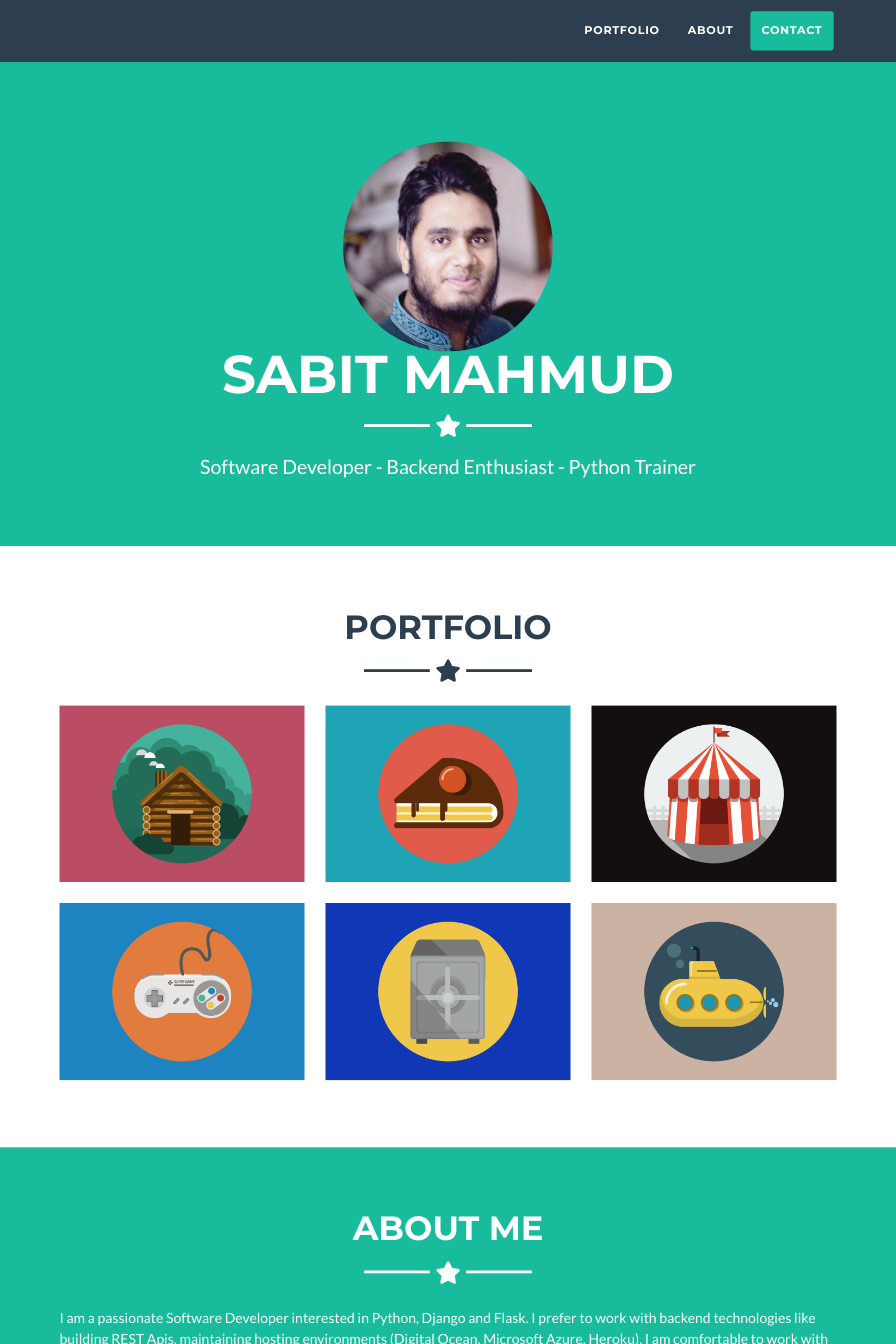
Repository: SabitDeepto/portfolio
Page: index.html
An editor plug-in stored every save of this project. The page is shown before and after the next save, followed by the edit.
The browser window is 1280 px wide. The pictures show the part of the page from y = 0 to 1920 px (the page is 3412 px tall before and 3428 px after), at 70% of full size.

Above is the page before, as saved 2019-04-04 23:49:46.

### index.html
<!DOCTYPE html>
<html lang="en">

<head>

  <meta charset="utf-8">
  <meta name="viewport" content="width=device-width, initial-scale=1, shrink-to-fit=no">
  <meta name="description" content="">
  <meta name="author" content="">

  <title>Sabit Mahmud</title>

  <!-- Bootstrap core CSS -->
  <link href="vendor/bootstrap/css/bootstrap.min.css" rel="stylesheet">

  <!-- Custom fonts for this template -->
  <link href="vendor/fontawesome-free/css/all.min.css" rel="stylesheet" type="text/css">
  <link href="https://fonts.googleapis.com/css?family=Montserrat:400,700" rel="stylesheet" type="text/css">
  <link href="https://fonts.googleapis.com/css?family=Lato:400,700,400italic,700italic" rel="stylesheet" type="text/css">

  <!-- Plugin CSS -->
  <link href="vendor/magnific-popup/magnific-popup.css" rel="stylesheet" type="text/css">

  <!-- Custom styles for this template -->
  <link href="css/freelancer.min.css" rel="stylesheet">

</head>

<body id="page-top">

  <!-- Navigation -->
  <nav class="navbar navbar-expand-lg bg-secondary fixed-top text-uppercase" id="mainNav">
    <div class="container">
      <!-- <a class="navbar-brand js-scroll-trigger" href="#page-top">Sabit Mahmud</a> -->
      <button class="navbar-toggler navbar-toggler-right text-uppercase bg-primary text-white rounded" type="button" data-toggle="collapse" data-target="#navbarResponsive" aria-controls="navbarResponsive" aria-expanded="false" aria-label="Toggle navigation">
        Menu
        <i class="fas fa-bars"></i>
      </button>
      <div class="collapse navbar-collapse" id="navbarResponsive">
        <ul class="navbar-nav ml-auto">
          <li class="nav-item mx-0 mx-lg-1">
            <a class="nav-link py-3 px-0 px-lg-3 rounded js-scroll-trigger" href="#portfolio">Portfolio</a>
          </li>
          <li class="nav-item mx-0 mx-lg-1">
            <a class="nav-link py-3 px-0 px-lg-3 rounded js-scroll-trigger" href="#about">About</a>
          </li>
          <li class="nav-item mx-0 mx-lg-1">
            <a class="nav-link py-3 px-0 px-lg-3 rounded js-scroll-trigger" href="#contact">Contact</a>
          </li>
        </ul>
      </div>
    </div>
  </nav>

  <!-- Header -->
  <header class="masthead bg-primary text-white text-center">
    <div class="container">
      <img  src="img/pro.JPG" height="300px" width="300px" class="rounded-circle" alt="Cinque Terre"><br>
      <h1 class="text-uppercase mb-0">Sabit Mahmud</h1>
      <hr class="star-light">
      <h2 class="font-weight-light mb-0">Software Developer - Backend Enthusiast - Python Trainer</h2>
    </div>
  </header>

  <!-- Portfolio Grid Section -->
  <section class="portfolio" id="portfolio">
    <div class="container">
      <h2 class="text-center text-uppercase text-secondary mb-0">Portfolio</h2>
      <hr class="star-dark mb-5">
      <div class="row">
        <div class="col-md-6 col-lg-4">
          <a class="portfolio-item d-block mx-auto" href="#portfolio-modal-1">
            <div class="portfolio-item-caption d-flex position-absolute h-100 w-100">
              <div class="portfolio-item-caption-content my-auto w-100 text-center text-white">
                <i class="fas fa-search-plus fa-3x"></i>
              </div>
            </div>
            <img class="img-fluid" src="img/portfolio/cabin.png" alt="">
          </a>
        </div>
        <div class="col-md-6 col-lg-4">
          <a class="portfolio-item d-block mx-auto" href="#portfolio-modal-2">
            <div class="portfolio-item-caption d-flex position-absolute h-100 w-100">
              <div class="portfolio-item-caption-content my-auto w-100 text-center text-white">
                <i class="fas fa-search-plus fa-3x"></i>
              </div>
            </div>
            <img class="img-fluid" src="img/portfolio/cake.png" alt="">
          </a>
        </div>
        <div class="col-md-6 col-lg-4">
          <a class="portfolio-item d-block mx-auto" href="#portfolio-modal-3">
            <div class="portfolio-item-caption d-flex position-absolute h-100 w-100">
              <div class="portfolio-item-caption-content my-auto w-100 text-center text-white">
                <i class="fas fa-search-plus fa-3x"></i>
              </div>
            </div>
            <img class="img-fluid" src="img/portfolio/circus.png" alt="">
          </a>
        </div>
        <div class="col-md-6 col-lg-4">
          <a class="portfolio-item d-block mx-auto" href="#portfolio-modal-4">
            <div class="portfolio-item-caption d-flex position-absolute h-100 w-100">
              <div class="portfolio-item-caption-content my-auto w-100 text-center text-white">
                <i class="fas fa-search-plus fa-3x"></i>
              </div>
            </div>
            <img class="img-fluid" src="img/portfolio/game.png" alt="">
          </a>
        </div>
        <div class="col-md-6 col-lg-4">
          <a class="portfolio-item d-block mx-auto" href="#portfolio-modal-5">
            <div class="portfolio-item-caption d-flex position-absolute h-100 w-100">
              <div class="portfolio-item-caption-content my-auto w-100 text-center text-white">
                <i class="fas fa-search-plus fa-3x"></i>
              </div>
            </div>
            <img class="img-fluid" src="img/portfolio/safe.png" alt="">
          </a>
        </div>
        <div class="col-md-6 col-lg-4">
          <a class="portfolio-item d-block mx-auto" href="#portfolio-modal-6">
            <div class="portfolio-item-caption d-flex position-absolute h-100 w-100">
              <div class="portfolio-item-caption-content my-auto w-100 text-center text-white">
                <i class="fas fa-search-plus fa-3x"></i>
              </div>
            </div>
            <img class="img-fluid" src="img/portfolio/submarine.png" alt="">
          </a>
        </div>
      </div>
    </div>
  </section>

  <!-- About Section -->
  <section class="bg-primary text-white mb-0" id="about">
    <div class="container">
      <h2 class="text-center text-uppercase text-white">About Me</h2>
      <hr class="star-light mb-5">
      <div class="row">
        <div class="col-lg-12 ml-auto">
          <p class="lead">
            I am a passionate Software Developer interested in Python, Django and Flask.
             I prefer to work with backend technologies like building REST Apis, maintaining hosting
             environments (Digital Ocean, Microsoft Azure, Heroku).
              I am comfortable to work with Postgresql, sqlite and MySql and I am expert in version controlling.
          </p>
        </div>

      </div>
      <!-- <div class="text-center mt-4">
        <a class="btn btn-xl btn-outline-light" href="#">
          <i class="fas fa-download mr-2"></i>
          Download Now!
        </a>
      </div>
    </div> -->
  </section>

  <!-- Contact Section -->
  <section id="contact">
    <div class="container">
      <h2 class="text-center text-uppercase text-secondary mb-0">Contact Me</h2>
      <hr class="star-dark mb-5">
      <div class="row">
        <div class="col-lg-8 mx-auto">
          <!-- To configure the contact form email address, go to mail/contact_me.php and update the email address in the PHP file on line 19. -->
          <!-- The form should work on most web servers, but if the form is not working you may need to configure your web server differently. -->
          <form name="sentMessage" id="contactForm" novalidate="novalidate">
            <div class="control-group">
              <div class="form-group floating-label-form-group controls mb-0 pb-2">
                <label>Name</label>
                <input class="form-control" id="name" type="text" placeholder="Name" required="required" data-validation-required-message="Please enter your name.">
                <p class="help-block text-danger"></p>
              </div>
            </div>
            <div class="control-group">
              <div class="form-group floating-label-form-group controls mb-0 pb-2">
                <label>Email Address</label>
                <input class="form-control" id="email" type="email" placeholder="Email Address" required="required" data-validation-required-message="Please enter your email address.">
                <p class="help-block text-danger"></p>
              </div>
            </div>
            <div class="control-group">
              <div class="form-group floating-label-form-group controls mb-0 pb-2">
                <label>Phone Number</label>
                <input class="form-control" id="phone" type="tel" placeholder="Phone Number" required="required" data-validation-required-message="Please enter your phone number.">
                <p class="help-block text-danger"></p>
              </div>
            </div>
            <div class="control-group">
              <div class="form-group floating-label-form-group controls mb-0 pb-2">
                <label>Message</label>
                <textarea class="form-control" id="message" rows="5" placeholder="Message" required="required" data-validation-required-message="Please enter a message."></textarea>
                <p class="help-block text-danger"></p>
              </div>
            </div>
            <br>
            <div id="success"></div>
            <div class="form-group">
              <button type="submit" class="btn btn-primary btn-xl" id="sendMessageButton">Send</button>
            </div>
          </form>
        </div>
      </div>
    </div>
  </section>

  <!-- Footer -->
  <footer class="footer text-center">
    <div class="container">
      <div class="row">
        <div class="col-md-4 mb-5 mb-lg-0">
          <h4 class="text-uppercase mb-4">Location</h4>
          <p class="lead mb-0">2215 John Daniel Drive
            <br>Clark, MO 65243</p>
        </div>
        <div class="col-md-4 mb-5 mb-lg-0">
          <h4 class="text-uppercase mb-4">Around the Web</h4>
          <ul class="list-inline mb-0">
            <li class="list-inline-item">
              <a class="btn btn-outline-light btn-social text-center rounded-circle" href="#">
                <i class="fab fa-fw fa-facebook-f"></i>
              </a>
            </li>
            <li class="list-inline-item">
              <a class="btn btn-outline-light btn-social text-center rounded-circle" href="#">
                <i class="fab fa-fw fa-google-plus-g"></i>
              </a>
            </li>
            <li class="list-inline-item">
              <a class="btn btn-outline-light btn-social text-center rounded-circle" href="#">
                <i class="fab fa-fw fa-twitter"></i>
              </a>
            </li>
            <li class="list-inline-item">
              <a class="btn btn-outline-light btn-social text-center rounded-circle" href="#">
                <i class="fab fa-fw fa-linkedin-in"></i>
              </a>
            </li>
            <li class="list-inline-item">
              <a class="btn btn-outline-light btn-social text-center rounded-circle" href="#">
                <i class="fab fa-fw fa-dribbble"></i>
              </a>
            </li>
          </ul>
        </div>
        <div class="col-md-4">
          <h4 class="text-uppercase mb-4">About Freelancer</h4>
          <p class="lead mb-0">Freelance is a free to use, open source Bootstrap theme created by
            <a href="http://startbootstrap.com">Sabit Mahmud</a>.</p>
        </div>
      </div>
    </div>
  </footer>

  <div class="copyright py-4 text-center text-white">
    <div class="container">
      <small>Copyright &copy; Your Website 2019</small>
    </div>
  </div>

  <!-- Scroll to Top Button (Only visible on small and extra-small screen sizes) -->
  <div class="scroll-to-top d-lg-none position-fixed ">
    <a class="js-scroll-trigger d-block text-center text-white rounded" href="#page-top">
      <i class="fa fa-chevron-up"></i>
    </a>
  </div>

  <!-- Portfolio Modals -->

  <!-- Portfolio Modal 1 -->
  <div class="portfolio-modal mfp-hide" id="portfolio-modal-1">
    <div class="portfolio-modal-dialog bg-white">
      <a class="close-button d-none d-md-block portfolio-modal-dismiss" href="#">
        <i class="fa fa-3x fa-times"></i>
      </a>
      <div class="container text-center">
        <div class="row">
          <div class="col-lg-8 mx-auto">
            <h2 class="text-secondary text-uppercase mb-0">Project Name</h2>
            <hr class="star-dark mb-5">
            <img class="img-fluid mb-5" src="img/portfolio/cabin.png" alt="">
            <p class="mb-5">Lorem ipsum dolor sit amet, consectetur adipisicing elit. Mollitia neque assumenda ipsam nihil, molestias magnam, recusandae quos quis inventore quisquam velit asperiores, vitae? Reprehenderit soluta, eos quod consequuntur itaque. Nam.</p>
            <a class="btn btn-primary btn-lg rounded-pill portfolio-modal-dismiss" href="#">
              <i class="fa fa-close"></i>
              Close Project</a>
          </div>
        </div>
      </div>
    </div>
  </div>

  <!-- Portfolio Modal 2 -->
  <div class="portfolio-modal mfp-hide" id="portfolio-modal-2">
    <div class="portfolio-modal-dialog bg-white">
      <a class="close-button d-none d-md-block portfolio-modal-dismiss" href="#">
        <i class="fa fa-3x fa-times"></i>
      </a>
      <div class="container text-center">
        <div class="row">
          <div class="col-lg-8 mx-auto">
            <h2 class="text-secondary text-uppercase mb-0">Project Name</h2>
            <hr class="star-dark mb-5">
            <img class="img-fluid mb-5" src="img/portfolio/cake.png" alt="">
            <p class="mb-5">Lorem ipsum dolor sit amet, consectetur adipisicing elit. Mollitia neque assumenda ipsam nihil, molestias magnam, recusandae quos quis inventore quisquam velit asperiores, vitae? Reprehenderit soluta, eos quod consequuntur itaque. Nam.</p>
            <a class="btn btn-primary btn-lg rounded-pill portfolio-modal-dismiss" href="#">
              <i class="fa fa-close"></i>
              Close Project</a>
          </div>
        </div>
      </div>
    </div>
  </div>

  <!-- Portfolio Modal 3 -->
  <div class="portfolio-modal mfp-hide" id="portfolio-modal-3">
    <div class="portfolio-modal-dialog bg-white">
      <a class="close-button d-none d-md-block portfolio-modal-dismiss" href="#">
        <i class="fa fa-3x fa-times"></i>
      </a>
      <div class="container text-center">
        <div class="row">
          <div class="col-lg-8 mx-auto">
            <h2 class="text-secondary text-uppercase mb-0">Project Name</h2>
            <hr class="star-dark mb-5">
            <img class="img-fluid mb-5" src="img/portfolio/circus.png" alt="">
            <p class="mb-5">Lorem ipsum dolor sit amet, consectetur adipisicing elit. Mollitia neque assumenda ipsam nihil, molestias magnam, recusandae quos quis inventore quisquam velit asperiores, vitae? Reprehenderit soluta, eos quod consequuntur itaque. Nam.</p>
            <a class="btn btn-primary btn-lg rounded-pill portfolio-modal-dismiss" href="#">
              <i class="fa fa-close"></i>
              Close Project</a>
          </div>
        </div>
      </div>
    </div>
  </div>

  <!-- Portfolio Modal 4 -->
  <div class="portfolio-modal mfp-hide" id="portfolio-modal-4">
    <div class="portfolio-modal-dialog bg-white">
      <a class="close-button d-none d-md-block portfolio-modal-dismiss" href="#">
        <i class="fa fa-3x fa-times"></i>
      </a>
      <div class="container text-center">
        <div class="row">
          <div class="col-lg-8 mx-auto">
            <h2 class="text-secondary text-uppercase mb-0">Project Name</h2>
            <hr class="star-dark mb-5">
            <img class="img-fluid mb-5" src="img/portfolio/game.png" alt="">
            <p class="mb-5">Lorem ipsum dolor sit amet, consectetur adipisicing elit. Mollitia neque assumenda ipsam nihil, molestias magnam, recusandae quos quis inventore quisquam velit asperiores, vitae? Reprehenderit soluta, eos quod consequuntur itaque. Nam.</p>
            <a class="btn btn-primary btn-lg rounded-pill portfolio-modal-dismiss" href="#">
              <i class="fa fa-close"></i>
              Close Project</a>
          </div>
        </div>
      </div>
    </div>
  </div>

  <!-- Portfolio Modal 5 -->
  <div class="portfolio-modal mfp-hide" id="portfolio-modal-5">
    <div class="portfolio-modal-dialog bg-white">
      <a class="close-button d-none d-md-block portfolio-modal-dismiss" href="#">
        <i class="fa fa-3x fa-times"></i>
      </a>
      <div class="container text-center">
        <div class="row">
          <div class="col-lg-8 mx-auto">
            <h2 class="text-secondary text-uppercase mb-0">Project Name</h2>
            <hr class="star-dark mb-5">
            <img class="img-fluid mb-5" src="img/portfolio/safe.png" alt="">
            <p class="mb-5">Lorem ipsum dolor sit amet, consectetur adipisicing elit. Mollitia neque assumenda ipsam nihil, molestias magnam, recusandae quos quis inventore quisquam velit asperiores, vitae? Reprehenderit soluta, eos quod consequuntur itaque. Nam.</p>
            <a class="btn btn-primary btn-lg rounded-pill portfolio-modal-dismiss" href="#">
              <i class="fa fa-close"></i>
              Close Project</a>
          </div>
        </div>
      </div>
    </div>
  </div>

  <!-- Portfolio Modal 6 -->
  <div class="portfolio-modal mfp-hide" id="portfolio-modal-6">
    <div class="portfolio-modal-dialog bg-white">
      <a class="close-button d-none d-md-block portfolio-modal-dismiss" href="#">
        <i class="fa fa-3x fa-times"></i>
      </a>
      <div class="container text-center">
        <div class="row">
          <div class="col-lg-8 mx-auto">
            <h2 class="text-secondary text-uppercase mb-0">Project Name</h2>
            <hr class="star-dark mb-5">
            <img class="img-fluid mb-5" src="img/portfolio/submarine.png" alt="">
            <p class="mb-5">Lorem ipsum dolor sit amet, consectetur adipisicing elit. Mollitia neque assumenda ipsam nihil, molestias magnam, recusandae quos quis inventore quisquam velit asperiores, vitae? Reprehenderit soluta, eos quod consequuntur itaque. Nam.</p>
            <a class="btn btn-primary btn-lg rounded-pill portfolio-modal-dismiss" href="#">
              <i class="fa fa-close"></i>
              Close Project</a>
          </div>
        </div>
      </div>
    </div>
  </div>

  <!-- Bootstrap core JavaScript -->
  <script src="vendor/jquery/jquery.min.js"></script>
  <script src="vendor/bootstrap/js/bootstrap.bundle.min.js"></script>

  <!-- Plugin JavaScript -->
  <script src="vendor/jquery-easing/jquery.easing.min.js"></script>
  <script src="vendor/magnific-popup/jquery.magnific-popup.min.js"></script>

  <!-- Contact Form JavaScript -->
  <script src="js/jqBootstrapValidation.js"></script>
  <script src="js/contact_me.js"></script>

  <!-- Custom scripts for this template -->
  <script src="js/freelancer.min.js"></script>

</body>

</html>

### js/contact_me.js
$(function() {

  $("#contactForm input,#contactForm textarea").jqBootstrapValidation({
    preventSubmit: true,
    submitError: function($form, event, errors) {
      // additional error messages or events
    },
    submitSuccess: function($form, event) {
      event.preventDefault(); // prevent default submit behaviour
      // get values from FORM
      var name = $("input#name").val();
      var email = $("input#email").val();
      var phone = $("input#phone").val();
      var message = $("textarea#message").val();
      var firstName = name; // For Success/Failure Message
      // Check for white space in name for Success/Fail message
      if (firstName.indexOf(' ') >= 0) {
        firstName = name.split(' ').slice(0, -1).join(' ');
      }
      $this = $("#sendMessageButton");
      $this.prop("disabled", true); // Disable submit button until AJAX call is complete to prevent duplicate messages
      $.ajax({
        url: "././mail/contact_me.php",
        type: "POST",
        data: {
          name: name,
          phone: phone,
          email: email,
          message: message
        },
        cache: false,
        success: function() {
          // Success message
          $('#success').html("<div class='alert alert-success'>");
          $('#success > .alert-success').html("<button type='button' class='close' data-dismiss='alert' aria-hidden='true'>&times;")
            .append("</button>");
          $('#success > .alert-success')
            .append("<strong>Your message has been sent. </strong>");
          $('#success > .alert-success')
            .append('</div>');
          //clear all fields
          $('#contactForm').trigger("reset");
        },
        error: function() {
          // Fail message
          $('#success').html("<div class='alert alert-danger'>");
          $('#success > .alert-danger').html("<button type='button' class='close' data-dismiss='alert' aria-hidden='true'>&times;")
            .append("</button>");
          $('#success > .alert-danger').append($("<strong>").text("Sorry " + firstName + ", it seems that my mail server is not responding. Please try again later!"));
          $('#success > .alert-danger').append('</div>');
          //clear all fields
          $('#contactForm').trigger("reset");
        },
        complete: function() {
          setTimeout(function() {
            $this.prop("disabled", false); // Re-enable submit button when AJAX call is complete
          }, 1000);
        }
      });
    },
    filter: function() {
      return $(this).is(":visible");
    },
  });

  $("a[data-toggle=\"tab\"]").click(function(e) {
    e.preventDefault();
    $(this).tab("show");
  });
});

/*When clicking on Full hide fail/success boxes */
$('#name').focus(function() {
  $('#success').html('');
});

Loaded but not shown: vendor/bootstrap/css/bootstrap.min.css (library); vendor/fontawesome-free/css/all.min.css (library); vendor/magnific-popup/magnific-popup.css (library); css/freelancer.min.css (library); vendor/jquery/jquery.min.js (library); vendor/bootstrap/js/bootstrap.bundle.min.js (library); vendor/jquery-easing/jquery.easing.min.js (common file); vendor/magnific-popup/jquery.magnific-popup.min.js (library); js/freelancer.min.js (common file); js/jqBootstrapValidation.js (912 lines, source omitted)

After the next save:
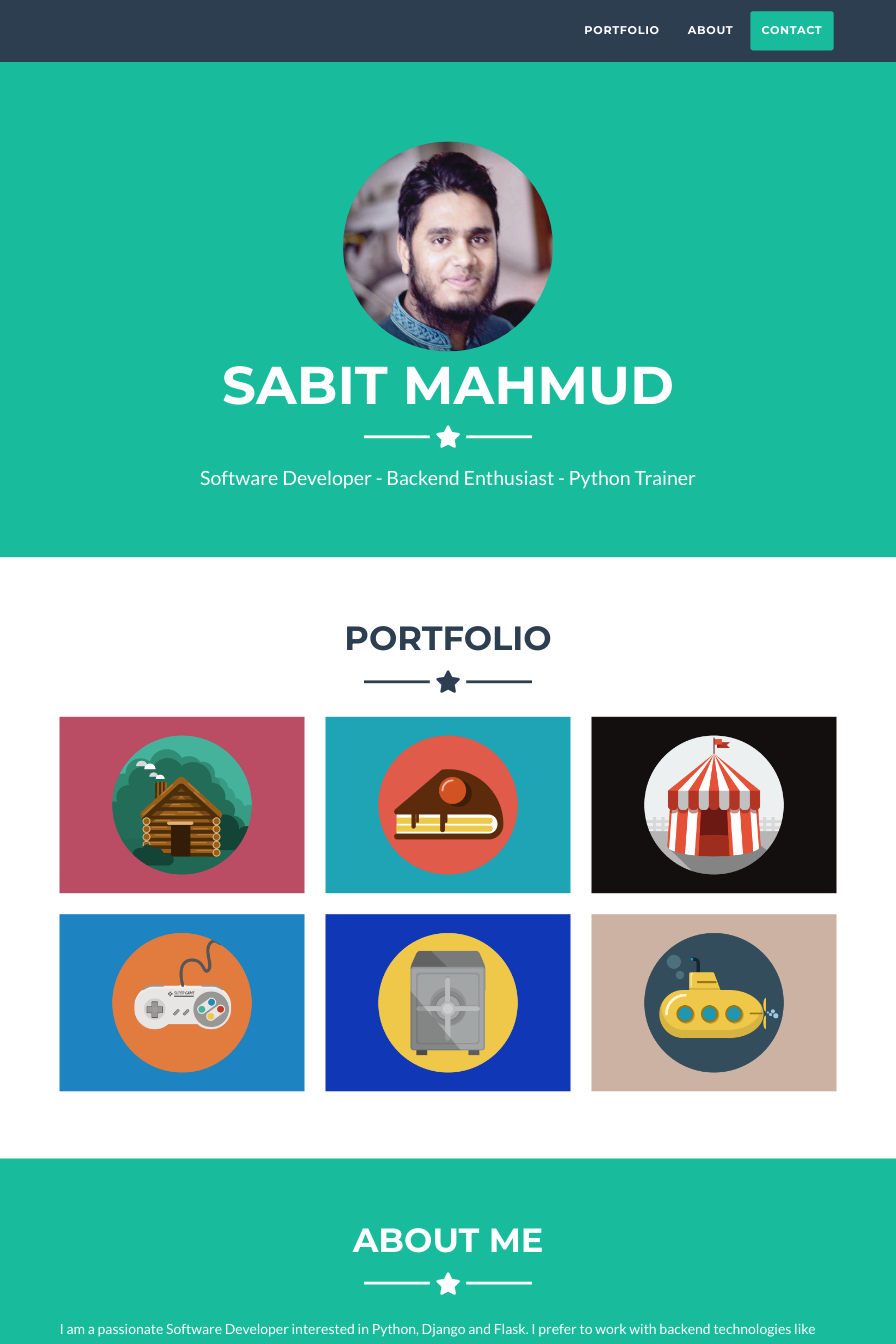
Saved 15 s later.
--- a/index.html
+++ b/index.html
@@ -55,7 +55,7 @@
   <!-- Header -->
   <header class="masthead bg-primary text-white text-center">
     <div class="container">
-      <img  src="img/pro.JPG" height="300px" width="300px" class="rounded-circle" alt="Cinque Terre"><br>
+      <img  src="img/pro.JPG" height="300px" width="300px" class="rounded-circle" alt="Cinque Terre"><p></p>
       <h1 class="text-uppercase mb-0">Sabit Mahmud</h1>
       <hr class="star-light">
       <h2 class="font-weight-light mb-0">Software Developer - Backend Enthusiast - Python Trainer</h2>
